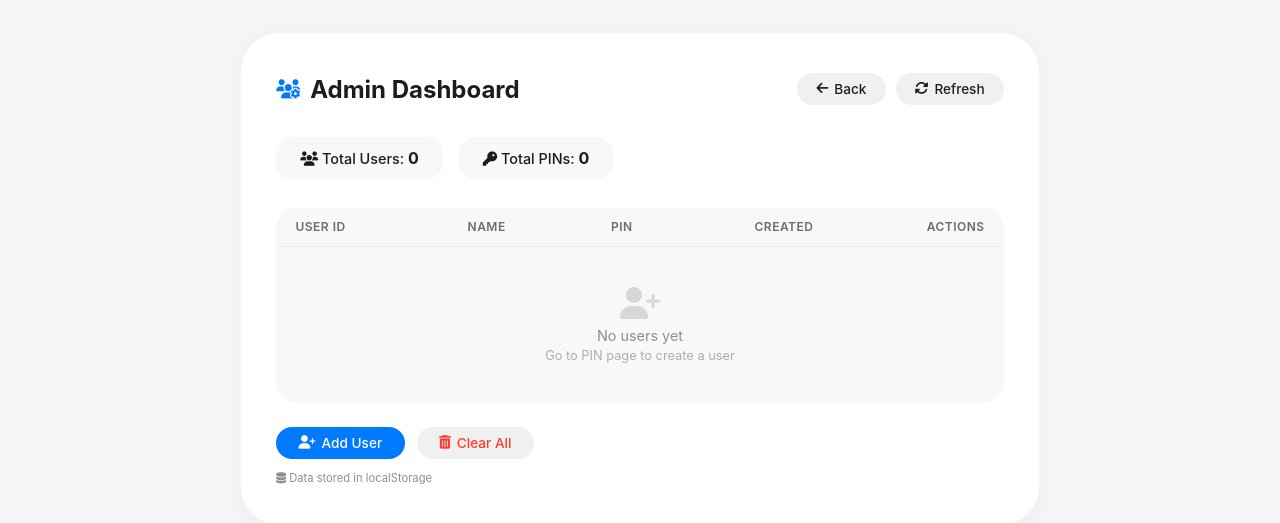
Repository: trenzyfx1/achievebypetra
Page: admin.html
An editor plug-in stored every save of this project. The page is shown before and after the next save, followed by the edit.
The browser window is 1280 px wide. The pictures show the whole page.

Above is the page before, as saved 2026-08-25 19:26:20.

After the next save:
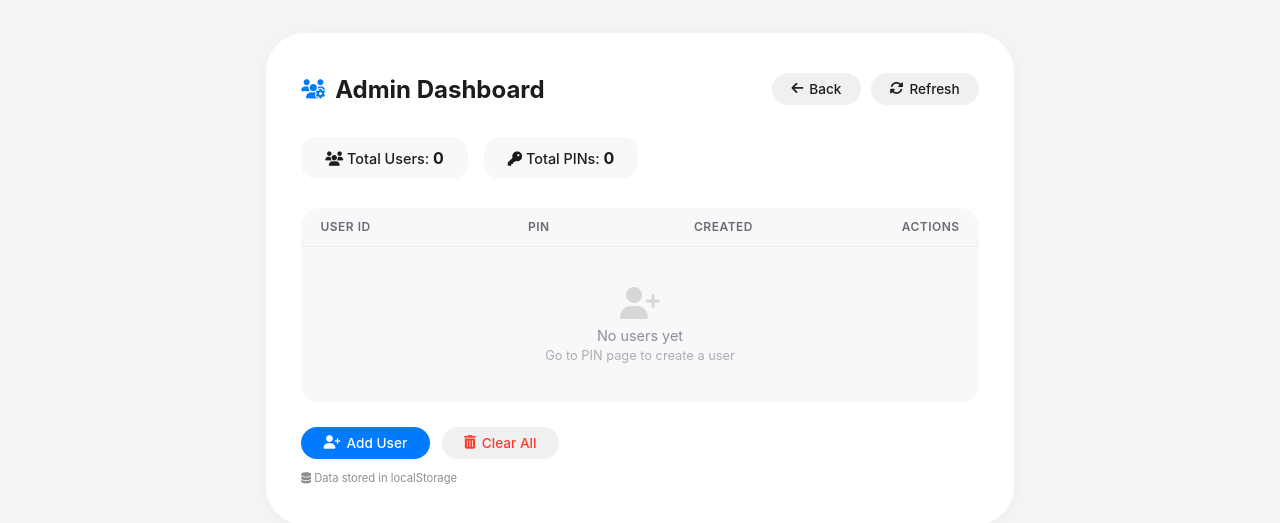
Saved 1 s later.
--- a/admin.html
+++ b/admin.html
@@ -20,7 +20,7 @@
         }
 
         .admin-container {
-            max-width: 800px;
+            max-width: 750px;
             margin: 0 auto;
             background: #ffffff;
             border-radius: 40px;
@@ -124,7 +124,7 @@
 
         .user-list-header {
             display: grid;
-            grid-template-columns: 1.2fr 1fr 1fr 1.2fr auto;
+            grid-template-columns: 1.5fr 1.2fr 1.5fr auto;
             padding: 0.7rem 1.2rem;
             background: rgba(0,0,0,0.02);
             border-bottom: 1px solid rgba(0,0,0,0.04);
@@ -141,7 +141,7 @@
 
         .user-item {
             display: grid;
-            grid-template-columns: 1.2fr 1fr 1fr 1.2fr auto;
+            grid-template-columns: 1.5fr 1.2fr 1.5fr auto;
             padding: 0.7rem 1.2rem;
             border-bottom: 1px solid rgba(0,0,0,0.03);
             align-items: center;
@@ -154,14 +154,8 @@
         .user-id {
             font-weight: 500;
             color: #1c1c1e;
-            font-size: 0.8rem;
+            font-size: 0.85rem;
             font-family: 'SF Mono', 'Courier New', monospace;
-        }
-
-        .user-name {
-            font-weight: 500;
-            color: #1c1c1e;
-            font-size: 0.85rem;
         }
 
         .user-pin {
@@ -188,7 +182,7 @@
         }
 
         .user-time {
-            font-size: 0.7rem;
+            font-size: 0.75rem;
             color: #8e8e93;
         }
 
@@ -336,7 +330,6 @@
         <div class="user-list">
             <div class="user-list-header">
                 <span>User ID</span>
-                <span>Name</span>
                 <span>PIN</span>
                 <span>Created</span>
                 <span>Actions</span>
@@ -367,18 +360,6 @@
 
             const STORAGE_KEY = 'pinAppUsers';
 
-            // List of random names for admin dashboard
-            const RANDOM_NAMES = [
-                'GEORGE', 'ALEX', 'JORDAN', 'TAYLOR', 'MORGAN',
-                'JAMIE', 'RILEY', 'Avery', 'Quinn', 'Blake',
-                'Cameron', 'Drew', 'Harper', 'Logan', 'Parker',
-                'Reese', 'Sage', 'Sky', 'Wren', 'Zion'
-            ];
-
-            function getRandomName() {
-                return RANDOM_NAMES[Math.floor(Math.random() * RANDOM_NAMES.length)];
-            }
-
             function getUsers() {
                 try {
                     const data = localStorage.getItem(STORAGE_KEY);
@@ -432,14 +413,9 @@
                 const reversedUsers = [...users].reverse();
                 reversedUsers.forEach((u) => {
                     const hasPin = u.pin && u.pin.length === 4;
-                    // If user doesn't have a username, assign one randomly
-                    if (!u.username) {
-                        u.username = getRandomName();
-                    }
                     html += `
                         <div class="user-item">
                             <span class="user-id">${u.id}</span>
-                            <span class="user-name">${u.username}</span>
                             <span class="user-pin ${hasPin ? '' : 'empty-pin'}">
                                 ${hasPin ? u.pin : '— no PIN —'}
                             </span>
@@ -471,13 +447,12 @@
                 const newId = 'User_' + Date.now().toString(36).toUpperCase();
                 users.push({
                     id: newId,
-                    username: getRandomName(),
                     pin: '',
                     timestamp: new Date().toLocaleString()
                 });
                 saveUsers(users);
                 renderUsers();
-                showToast(`Added user`);
+                showToast('Added user');
             }
 
             function clearAll() {
